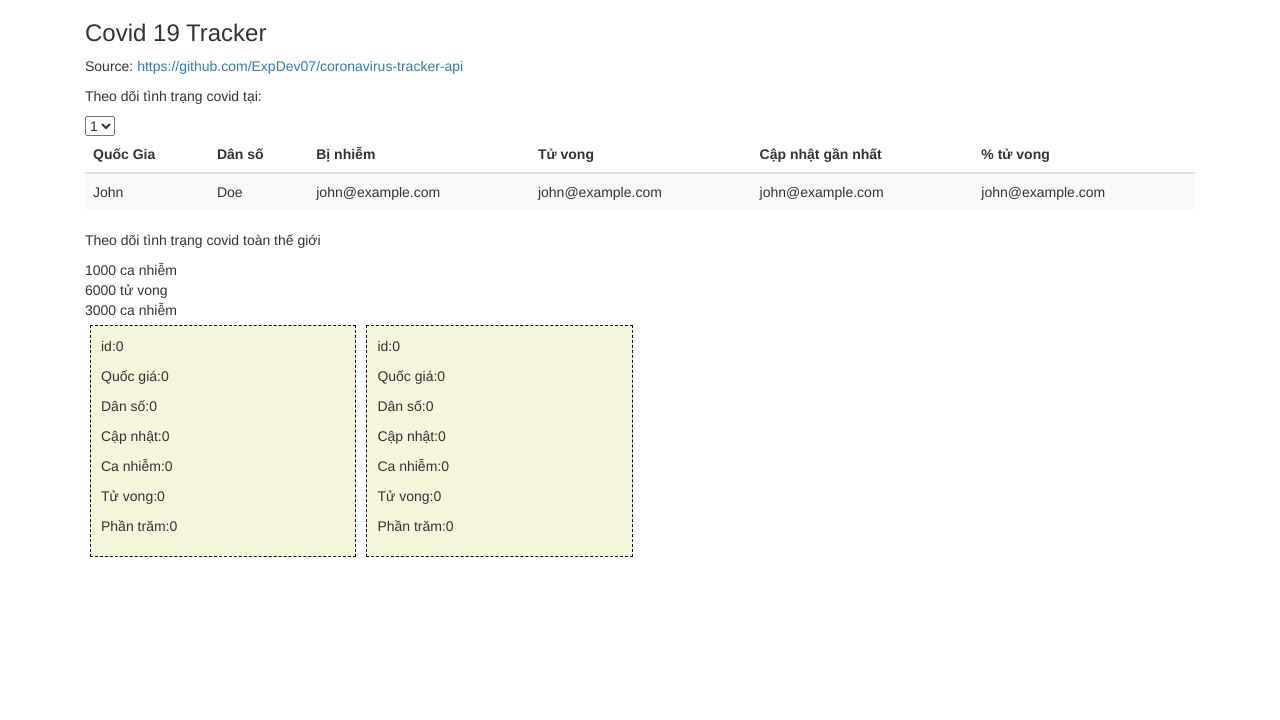
Repository: critdang/electro_store
Page: javascript_project/covid_tracker/index.html
These files come from the project's save history. The page is drawn as it stood at one moment and after the next save; the edit follows.
The browser window is 1280 px wide. The pictures show the whole page.

Above is the page before, as saved 2021-09-23 00:07:38.
Console error (its wording comes from the project's code and is left out).

After the next save:
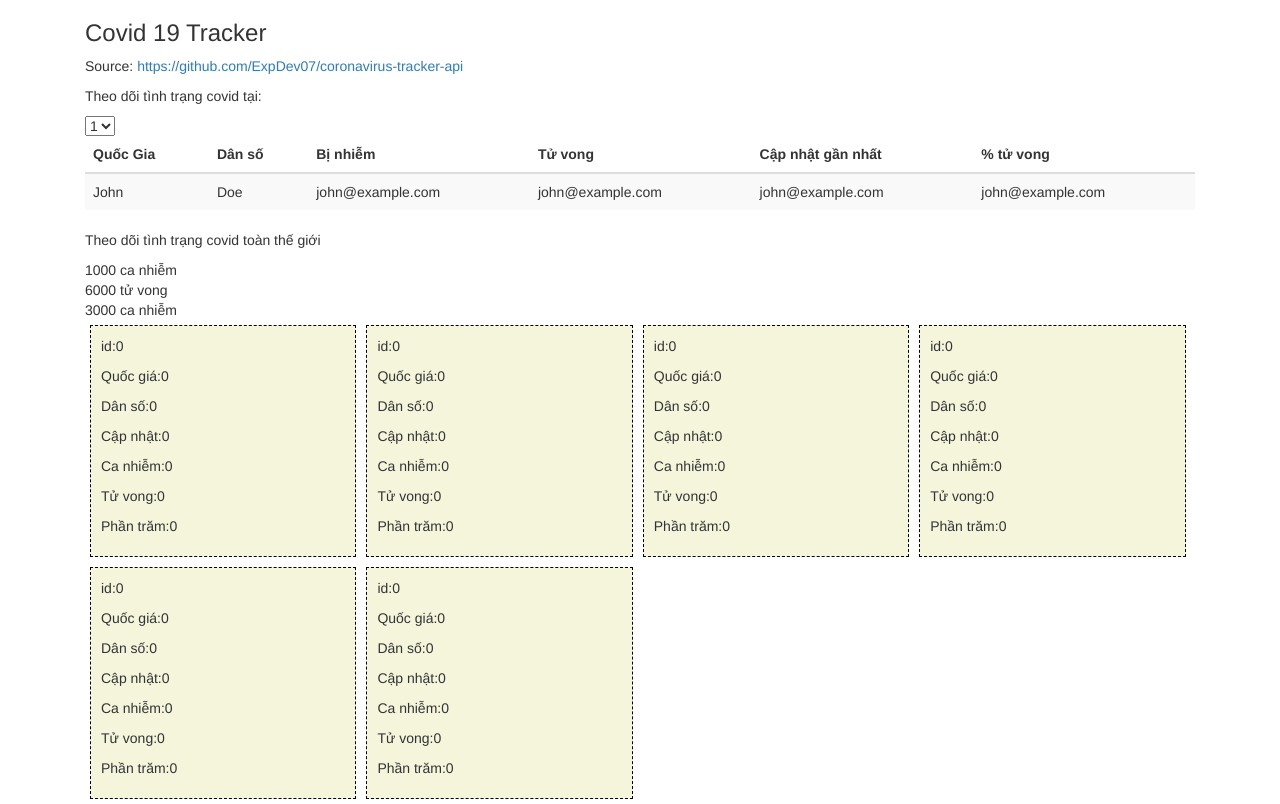
Saved 33 s later.
--- a/javascript_project/covid_tracker/index.html
+++ b/javascript_project/covid_tracker/index.html
@@ -68,16 +68,52 @@
               <div id="total_tuvong" >6000 tử vong</div>
               <div id="total_phuchoi" >3000 ca nhiễm</div>
               <ul class="list_world">
-                  <li>
-                      <p> id:0</p>
-                      <p> Quốc giá:0</p>
-                      <p> Dân số:0</p>
-                      <p> Cập nhật:0</p>
-                      <p> Ca nhiễm:0</p>
-                      <p> Tử vong:0</p>
-                      <p> Phần trăm:0</p>
-                  </li>
-                  <li>
+                <li>
+                    <p> id:0</p>
+                    <p> Quốc giá:0</p>
+                    <p> Dân số:0</p>
+                    <p> Cập nhật:0</p>
+                    <p> Ca nhiễm:0</p>
+                    <p> Tử vong:0</p>
+                    <p> Phần trăm:0</p>
+                </li>
+                <li>
+                    <p> id:0</p>
+                    <p> Quốc giá:0</p>
+                    <p> Dân số:0</p>
+                    <p> Cập nhật:0</p>
+                    <p> Ca nhiễm:0</p>
+                    <p> Tử vong:0</p>
+                    <p> Phần trăm:0</p>
+                </li>
+                <li>
+                    <p> id:0</p>
+                    <p> Quốc giá:0</p>
+                    <p> Dân số:0</p>
+                    <p> Cập nhật:0</p>
+                    <p> Ca nhiễm:0</p>
+                    <p> Tử vong:0</p>
+                    <p> Phần trăm:0</p>
+                </li>
+                <li>
+                    <p> id:0</p>
+                    <p> Quốc giá:0</p>
+                    <p> Dân số:0</p>
+                    <p> Cập nhật:0</p>
+                    <p> Ca nhiễm:0</p>
+                    <p> Tử vong:0</p>
+                    <p> Phần trăm:0</p>
+                </li>
+                <li>
+                    <p> id:0</p>
+                    <p> Quốc giá:0</p>
+                    <p> Dân số:0</p>
+                    <p> Cập nhật:0</p>
+                    <p> Ca nhiễm:0</p>
+                    <p> Tử vong:0</p>
+                    <p> Phần trăm:0</p>
+                </li>
+                <li>
                     <p> id:0</p>
                     <p> Quốc giá:0</p>
                     <p> Dân số:0</p>
